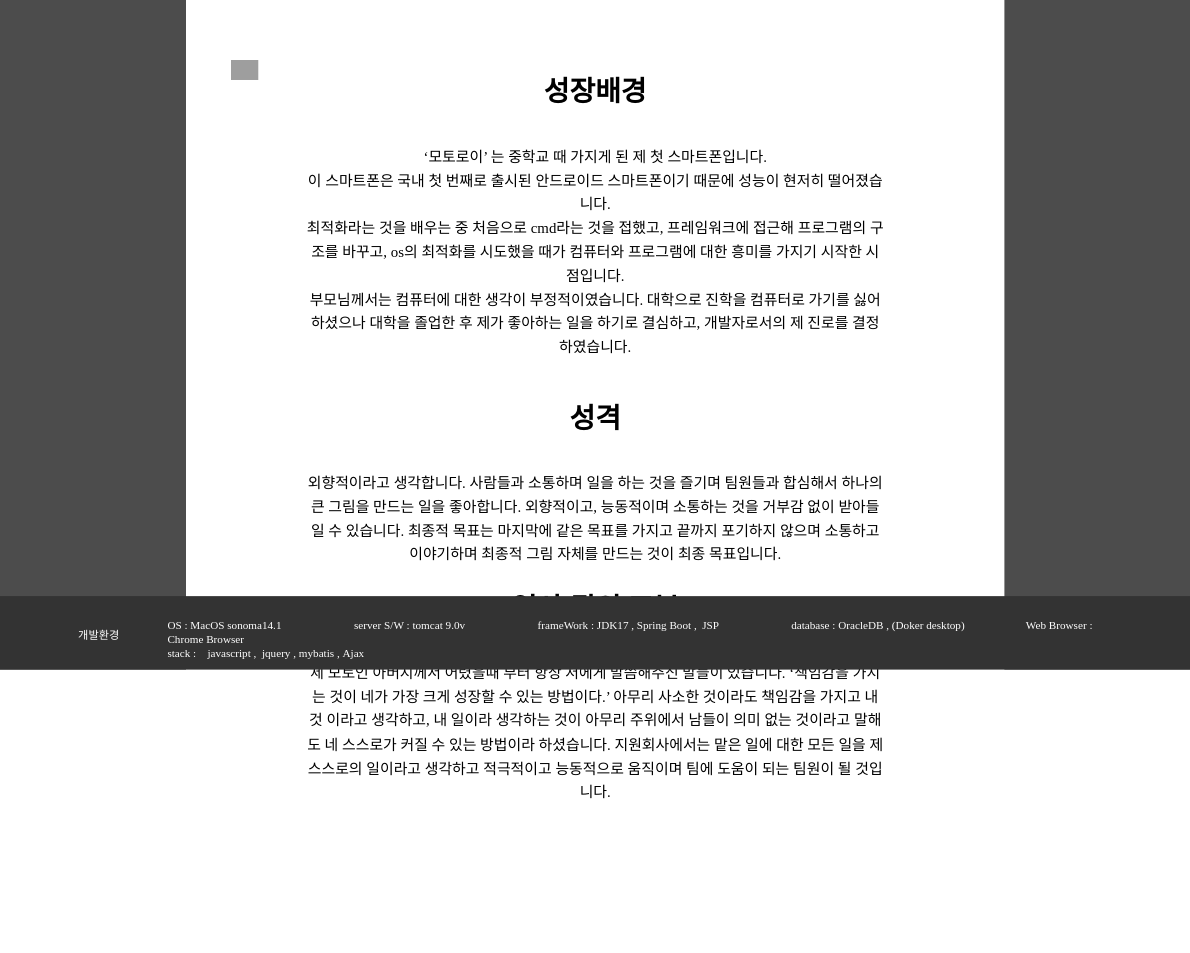
Repository: LeeHaNeul96/Leehaneul
Page: http://localhost/com.introduce/WEB-INF/views/more2.jsp
An editor plug-in stored every save of this project. The page is shown before and after a run of saves, followed by the edit.
The browser window is 1280 px wide. The pictures show the whole page, at 93% of full size.
Pictures or frames that could not be fetched are drawn as grey boxes. The page is served by Tomcat 9. Nobody is signed in. The template is opened directly, without the code that normally fills it, so the values that code supplies are empty.

Above is the page before, as saved 2023-10-31 10:27:05.

After the next 2 saves:
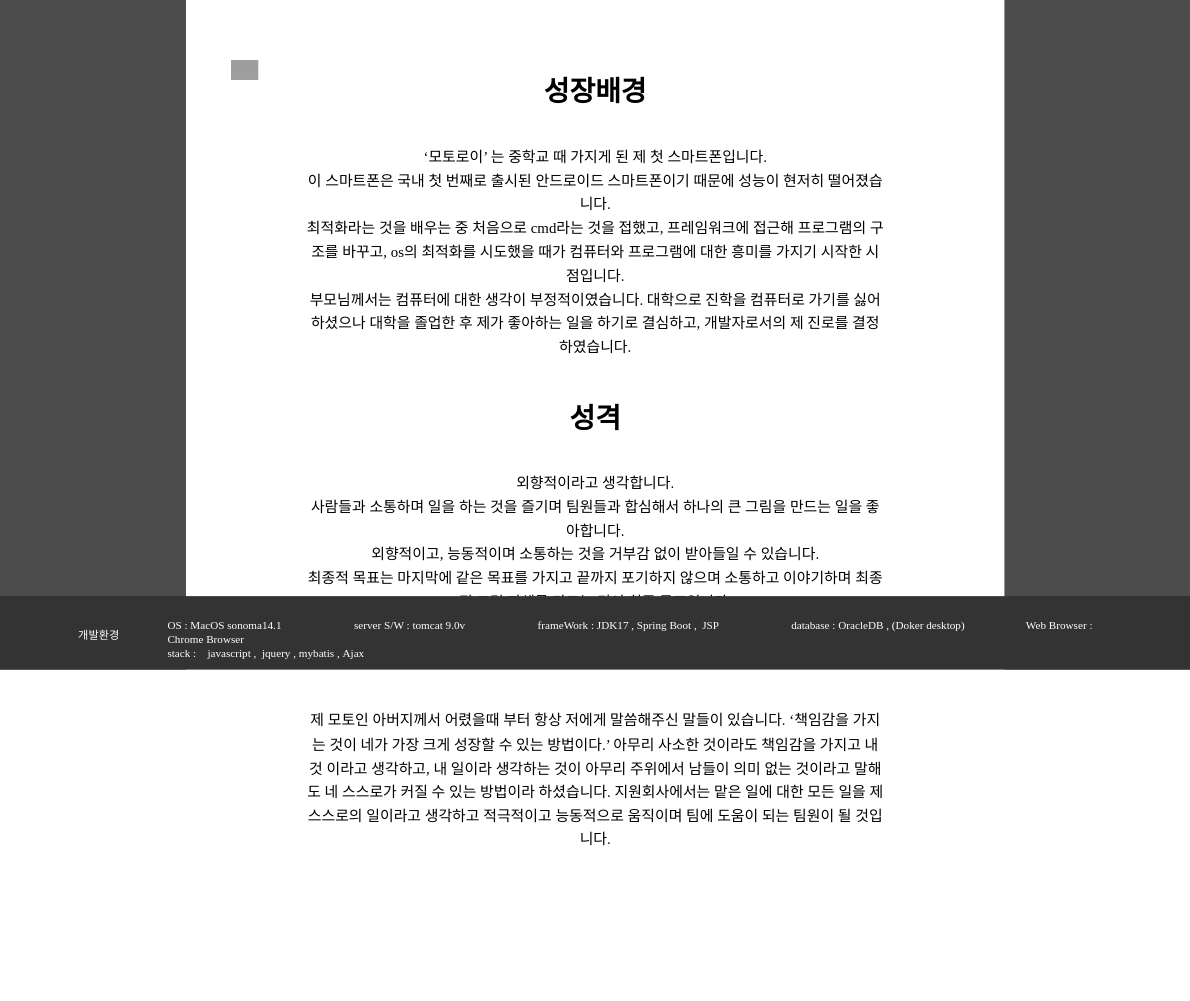
The 2 saves are shown as one change because they came seconds apart.
The last was saved 29 s later.
--- a/com.introduce/src/main/webapp/WEB-INF/views/more2.jsp
+++ b/com.introduce/src/main/webapp/WEB-INF/views/more2.jsp
@@ -119,7 +119,10 @@ $(function() {
 
 <h1>성격</h1><br>
 <div class="content">
-외향적이라고 생각합니다. 사람들과 소통하며 일을 하는 것을 즐기며 팀원들과 합심해서 하나의 큰 그림을 만드는 일을 좋아합니다. 외향적이고, 능동적이며 소통하는 것을 거부감 없이 받아들일 수 있습니다. 최종적 목표는 마지막에 같은 목표를 가지고 끝까지 포기하지 않으며 소통하고 이야기하며 최종적 그림 자체를 만드는 것이 최종 목표입니다.
+외향적이라고 생각합니다.<br>
+사람들과 소통하며 일을 하는 것을 즐기며 팀원들과 합심해서 하나의 큰 그림을 만드는 일을 좋아합니다. <br>
+외향적이고, 능동적이며 소통하는 것을 거부감 없이 받아들일 수 있습니다.<br>
+최종적 목표는 마지막에 같은 목표를 가지고 끝까지 포기하지 않으며 소통하고 이야기하며 최종적 그림 자체를 만드는 것이 최종 목표입니다.
 
 </div>
 
